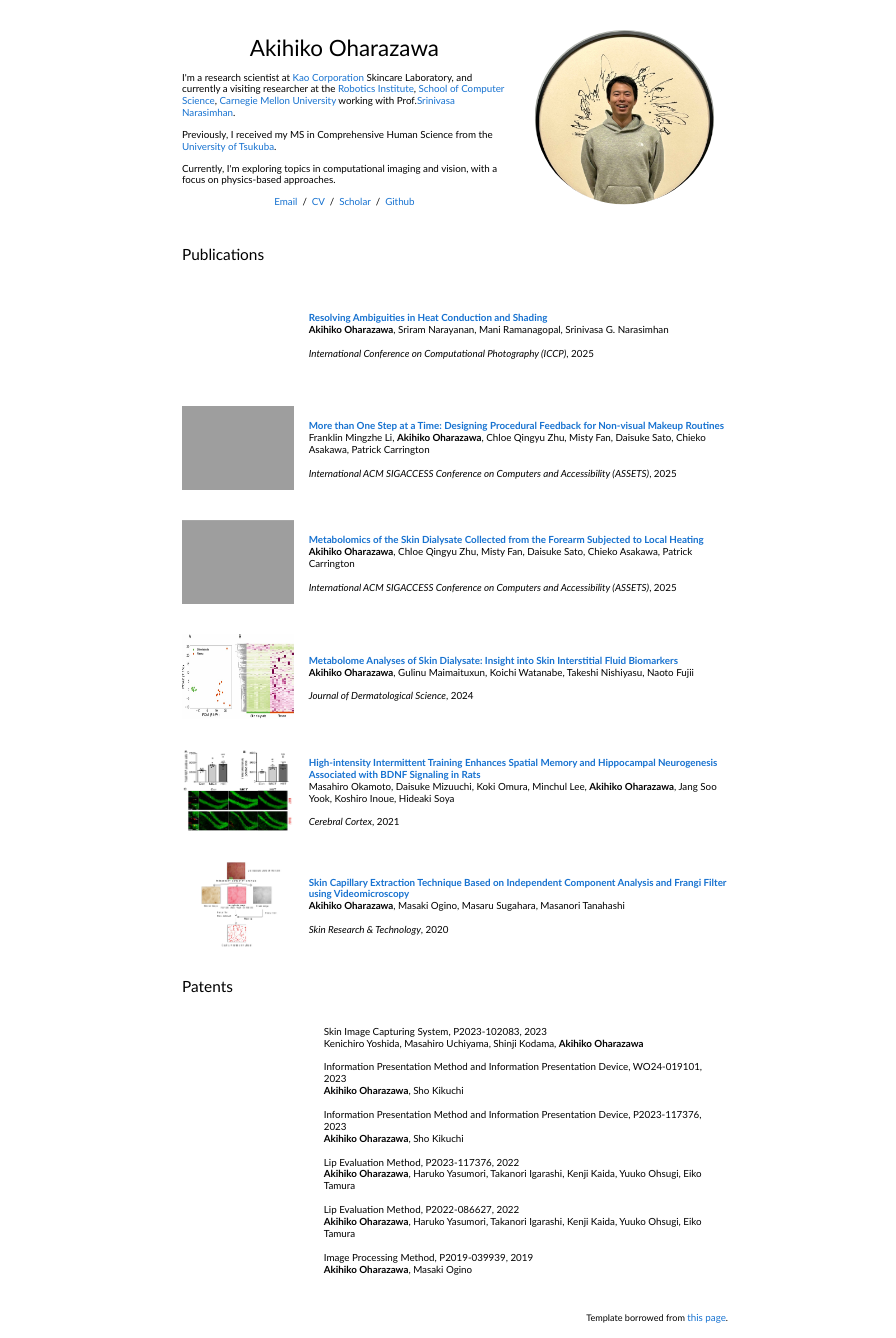
Repository: akihikooharazawa/akihikooharazawa.github.io
Page: index.html
An editor plug-in stored every save of this project. The page is shown before and after the next save, followed by the edit.
The browser window is 1280 px wide. The pictures show the whole page, at 70% of full size.
Pictures or frames that could not be fetched are drawn as grey boxes.

Above is the page before, as saved 2025-07-25 11:39:35.

After the next save:
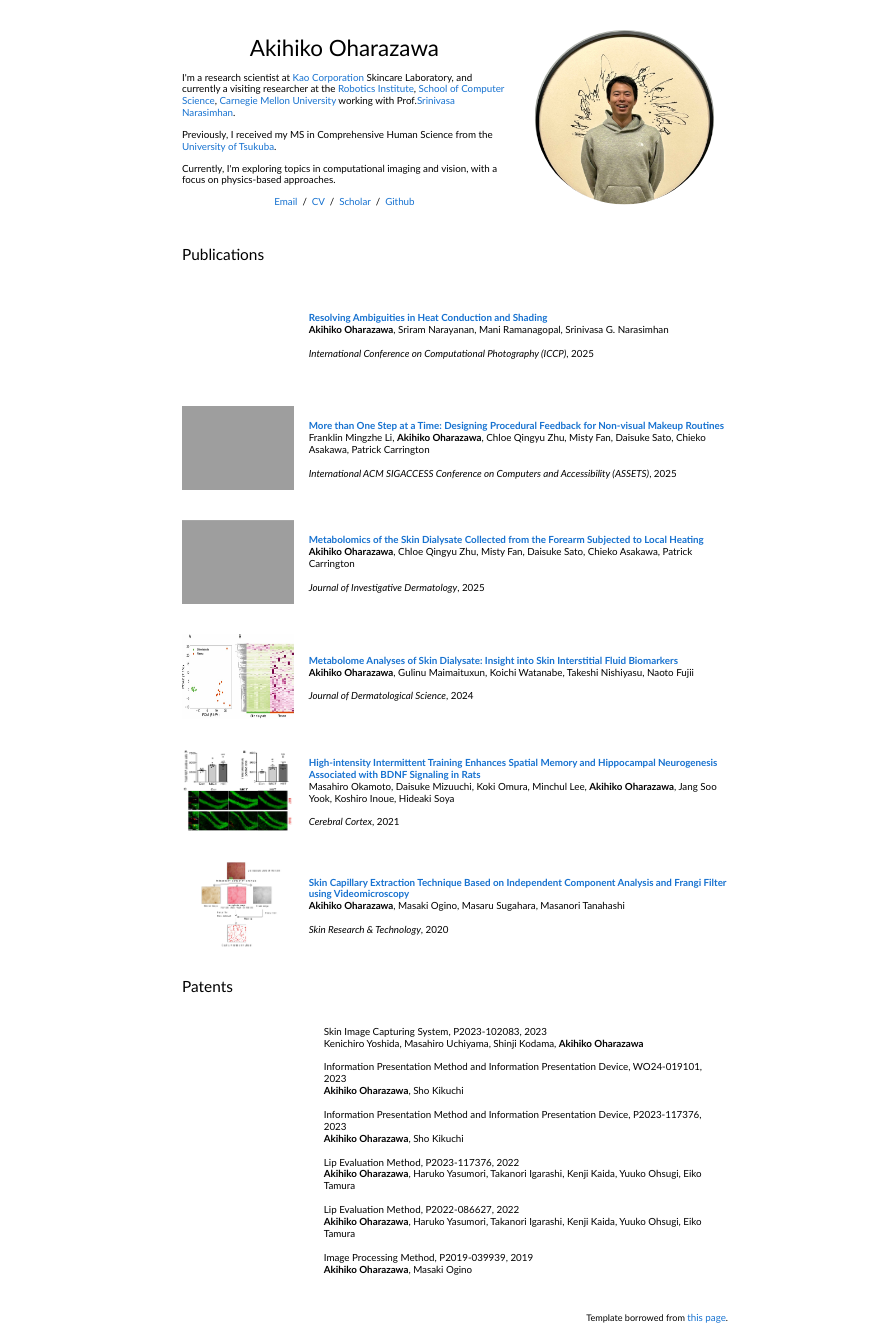
Saved 4 s later.
--- a/index.html
+++ b/index.html
@@ -116,7 +116,7 @@
                 <strong>Akihiko Oharazawa</strong>, Chloe Qingyu Zhu, Misty Fan, Daisuke Sato, Chieko Asakawa, Patrick Carrington
                 <br>
                 <br>
-                <em>International ACM SIGACCESS Conference on Computers and Accessibility (ASSETS)</em>, 2025
+                <em>Journal of Investigative Dermatology</em>, 2025
                 <br>
               </td>
             </tr>
